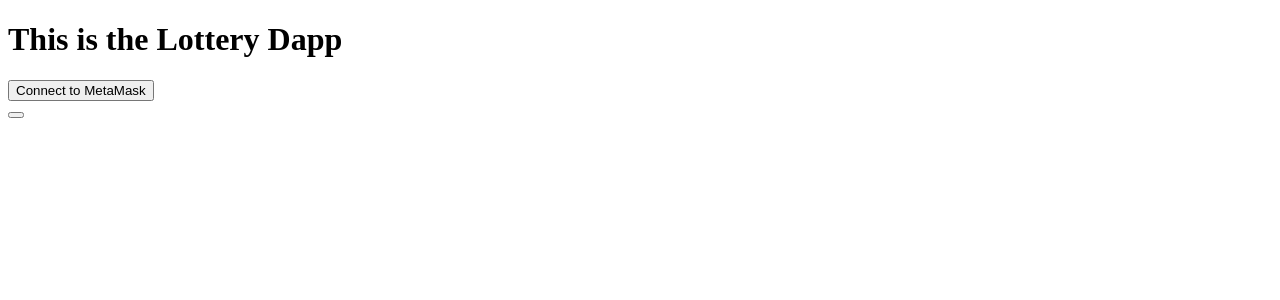
Repository: mrhouzlane/blockchain-developer-bootcamp-final-project
Page: src/index.html
An editor plug-in stored every save of this project. The page is shown before and after the next save, followed by the edit.
The browser window is 1280 px wide. The pictures show the whole page.

Above is the page before, as saved 2022-01-11 21:37:51.

### src/index.html
<!DOCTYPE html>
<html lang="en">

<head>
    <meta charset="UTF-8">
    <meta http-equiv="X-UA-Compatible" content="IE=edge">
    <meta name="viewport" content="width=device-width, initial-scale=1.0">
    <title>Lottery </title>
    <script src="https://cdn.jsdelivr.net/npm/web3@latest/dist/web3.min.js"></script>

</head>

<body>
    <h1>This is the Lottery Dapp</h1>
    <!-- 1. Detect Metamak is/ is not installed  -->
    <div id="mm-detected"> </div>

    <button id="mm-connect">Connect to MetaMask</button>

    <div id="mm-current-account"></div>

    <button id="lottery-enter-box"></button>




    <script src="Lotterydapp.js"></script>
</body>

</html>

### src/Lotterydapp.js
console.log("Welcome at the Lottery")

// 1. detect MetaMak is/ is not installed

window.addEventListener('load', function () {
    if (typeof window.ethereum != 'undefined') {
        console.log("Metamak detected")
        let mmDetected = document.getElementById("mm-detected")
        mmDetected.innerHTML = "MetaMak Has Been Detected!"
    }
    else {
        console.log("There no Wallet! Not available!")
        alert("You need to install MetaMask or another")
    }
})


const mmEnable = document.getElementById("mm-connect");
mmEnable.onclick = async () => {
    await ethereum.request({ method: 'eth_requestAccounts' });

    const mmCurrentAccount = document.getElementById("mm-current-account")
    mmCurrentAccount.innerHTML = "Here's your current account!" + ethereum.selectedAddress
}


const lotteryAddress = "0x1f3FE4CEF70356A0c83c577AabD481F62CbD0cd0"
const ABI = [
    {
        "inputs": [],
        "stateMutability": "nonpayable",
        "type": "constructor"
    },
    {
        "inputs": [],
        "name": "endLottery",
        "outputs": [],
        "stateMutability": "nonpayable",
        "type": "function"
    },
    {
        "inputs": [],
        "name": "enter",
        "outputs": [],
        "stateMutability": "payable",
        "type": "function"
    },
    {
        "inputs": [],
        "name": "getBalance",
        "outputs": [
            {
                "internalType": "uint256",
                "name": "",
                "type": "uint256"
            }
        ],
        "stateMutability": "view",
        "type": "function"
    },
    {
        "inputs": [],
        "name": "lottery_state",
        "outputs": [
            {
                "internalType": "enum Lottery.LOTTERY_STATE",
                "name": "",
                "type": "uint8"
            }
        ],
        "stateMutability": "view",
        "type": "function"
    },
    {
        "inputs": [],
        "name": "manager",
        "outputs": [
            {
                "internalType": "address",
                "name": "",
                "type": "address"
            }
        ],
        "stateMutability": "view",
        "type": "function"
    },
    {
        "inputs": [],
        "name": "pickWinner",
        "outputs": [
            {
                "internalType": "address",
                "name": "",
                "type": "address"
            }
        ],
        "stateMutability": "nonpayable",
        "type": "function"
    },
    {
        "inputs": [
            {
                "internalType": "uint256",
                "name": "",
                "type": "uint256"
            }
        ],
        "name": "players",
        "outputs": [
            {
                "internalType": "address payable",
                "name": "",
                "type": "address"
            }
        ],
        "stateMutability": "view",
        "type": "function"
    },
    {
        "inputs": [],
        "name": "random",
        "outputs": [
            {
                "internalType": "uint256",
                "name": "",
                "type": "uint256"
            }
        ],
        "stateMutability": "view",
        "type": "function"
    },
    {
        "inputs": [],
        "name": "rewardWinner",
        "outputs": [],
        "stateMutability": "nonpayable",
        "type": "function"
    },
    {
        "inputs": [],
        "name": "startLottery",
        "outputs": [],
        "stateMutability": "nonpayable",
        "type": "function"
    },
    {
        "inputs": [],
        "name": "winner",
        "outputs": [
            {
                "internalType": "address payable",
                "name": "",
                "type": "address"
            }
        ],
        "stateMutability": "view",
        "type": "function"
    }
]

After the next save:
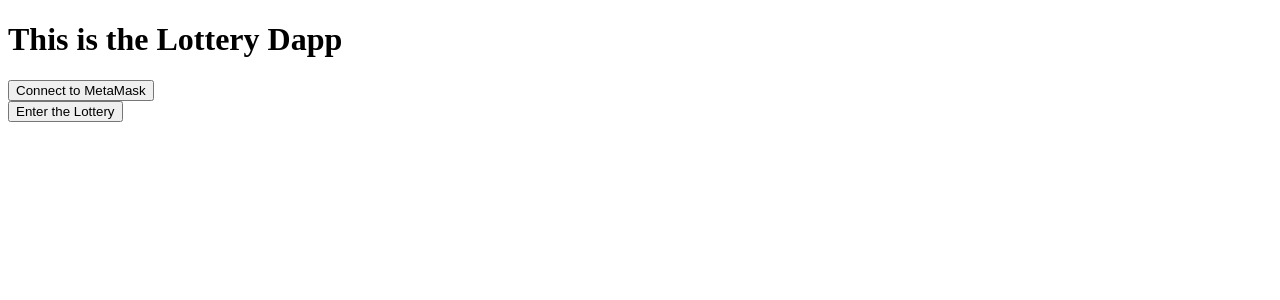
Saved 76 s later.
--- a/src/index.html
+++ b/src/index.html
@@ -19,10 +19,7 @@
 
     <div id="mm-current-account"></div>
 
-    <button id="lottery-enter-box"></button>
-
-
-
+    <button id="lottery-enter-box">Enter the Lottery</button>
 
     <script src="Lotterydapp.js"></script>
 </body>
